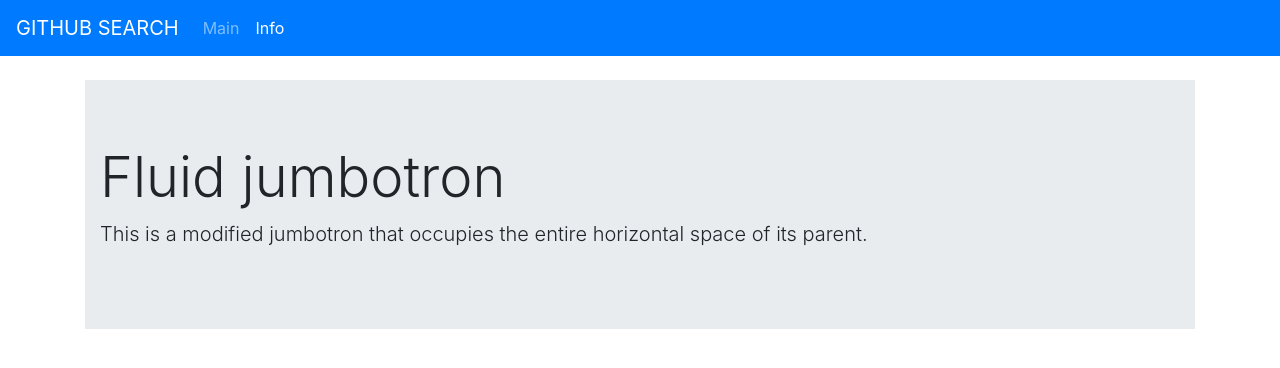
Repository: PGVlasov/react-hooks-petr
Page: /about
These files come from the project's save history. The page is drawn as it stood at one moment and after the next save; the edit follows.
The browser window is 1280 px wide. The pictures show the whole page.
The project was rebuilt for these pictures with package versions that can differ from the ones it lists, and the page was loaded fresh each time. Imported but missing from the stored project, and not drawn on this page: src/pages/Home, src/pages/Profile.

Above is the page before, as saved 2020-10-15 13:44:08.

### src/App.js
import React from "react";
import { BrowserRouter, Switch, Route } from "react-router-dom";
import { Navbar } from "./components/Navbar";
import { About } from "./pages/About";
import { Home } from "./pages/Home";
import { Profile } from "./pages/Profile";

function App() {
  return (
    <BrowserRouter>
      <Navbar />
      <div className="container pt-4">
        <Switch>
          <Route path="/" exact component={Home} />
          <Route path="/about" component={About} />
          <Route path="/prfile/:name" component={Profile} />
        </Switch>
      </div>
    </BrowserRouter>
  );
}

export default App;

### src/components/Navbar.js
import React from "react";
import { NavLink } from "react-router-dom";

export const Navbar = () => (
  <nav className="navbar navbar-dark bg-primary navbar-expand-lg">
    <div className="navbar-brand">GITHUB SEARCH</div>
    <ul className="navbar-nav">
      <li className="nav-item">
        <NavLink exact to="/" className="nav-link">
          Main
        </NavLink>
      </li>
      <li className="nav-item">
        <NavLink to="/about" className="nav-link">
          Info
        </NavLink>
      </li>
    </ul>
  </nav>
);

### src/pages/About.js
import React from "react";

export const About = () => {
  return (
    <div className="jumbotron jumbotron-fluid">
      <div className="container">
        <h1 className="display-4">Fluid jumbotron</h1>
        <p className="lead">
          This is a modified jumbotron that occupies the entire horizontal space
          of its parent.
        </p>
      </div>
    </div>
  );
};

Loaded but not shown: public/index.html (common file); src/index.js (common file); src/index.scss (common file); src/serviceWorker.js (common file)

After the next save:
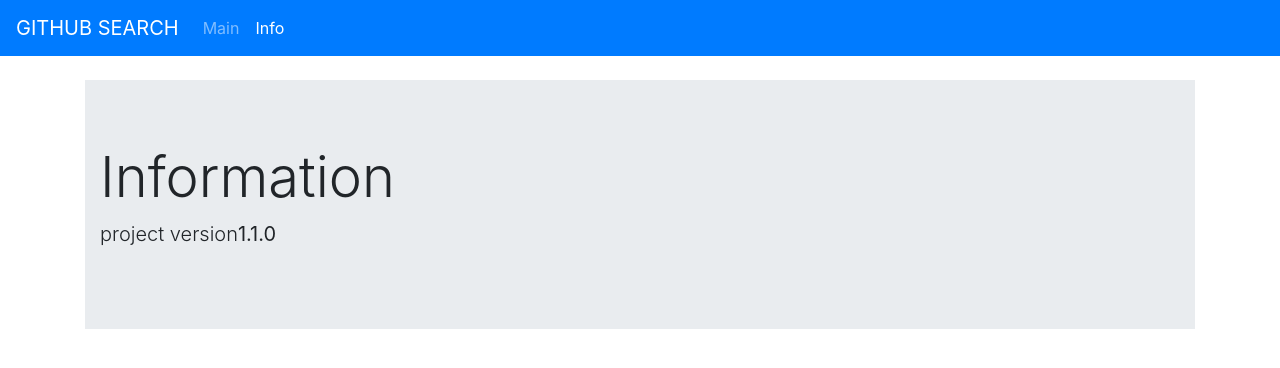
Saved 49 s later.
--- a/src/pages/About.js
+++ b/src/pages/About.js
@@ -4,10 +4,9 @@ export const About = () => {
   return (
     <div className="jumbotron jumbotron-fluid">
       <div className="container">
-        <h1 className="display-4">Fluid jumbotron</h1>
+        <h1 className="display-4">Information</h1>
         <p className="lead">
-          This is a modified jumbotron that occupies the entire horizontal space
-          of its parent.
+          project version<strong>1.1.0</strong>{" "}
         </p>
       </div>
     </div>
